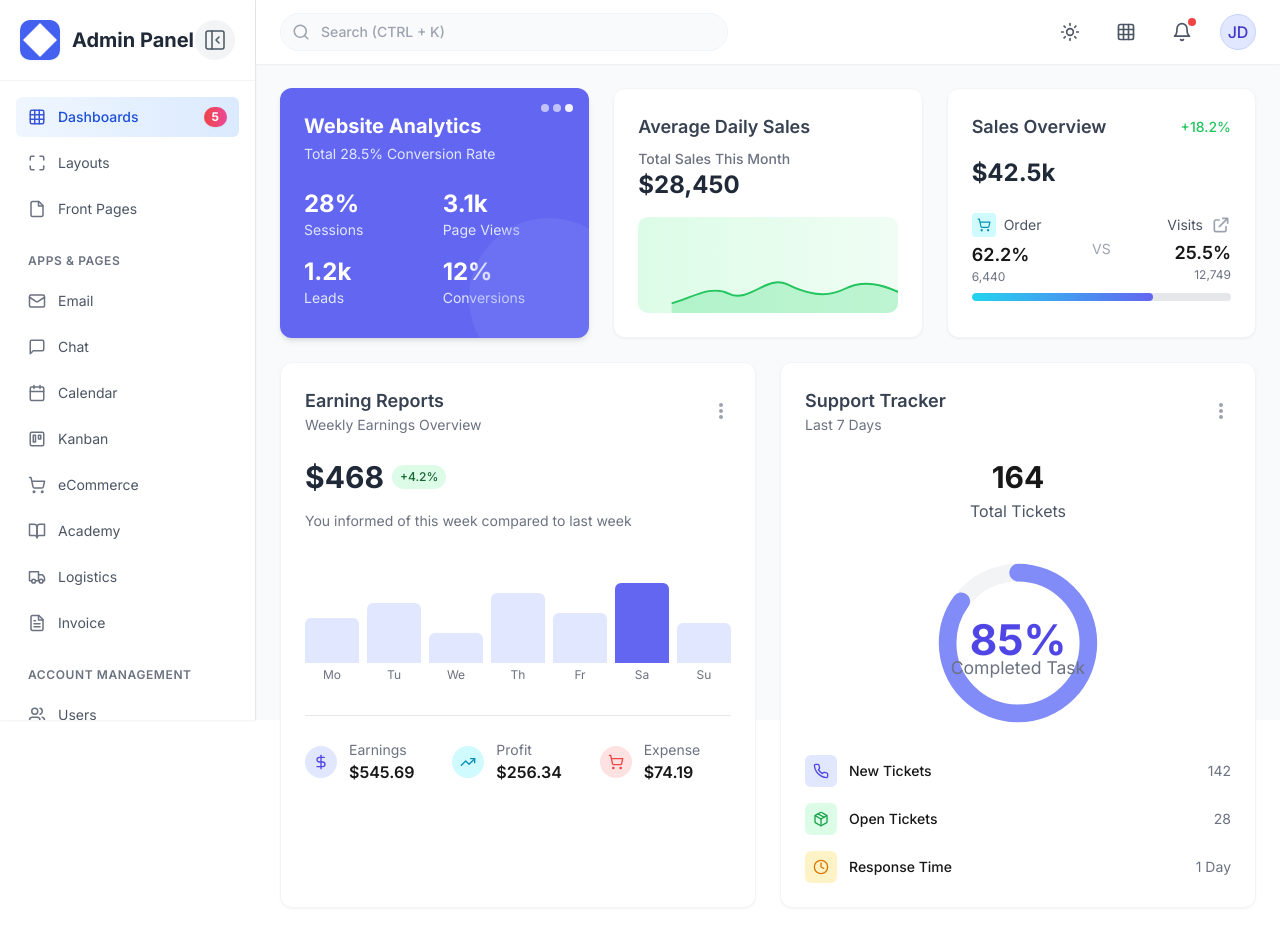
Repository: StoyanStoyanov1/DHS-Team
Page: /dashboard (app in dhs-admin-panel/)
These files come from the project's save history. The page is drawn as it stood at one moment and after the next save; the edit follows.
The browser window is 1280 px wide. The pictures show the whole page.
An inner scrolling area shows only its first screen. The project was rebuilt for these pictures with package versions that can differ from the ones it lists, and the page was loaded fresh each time. The framework's server and built-in components were replaced by stand-ins that run in the browser. Also part of the build but not shown: dhs-admin-panel/next.config.ts.

Above is the page before, as saved 2025-04-23 09:02:05.

After the next save:
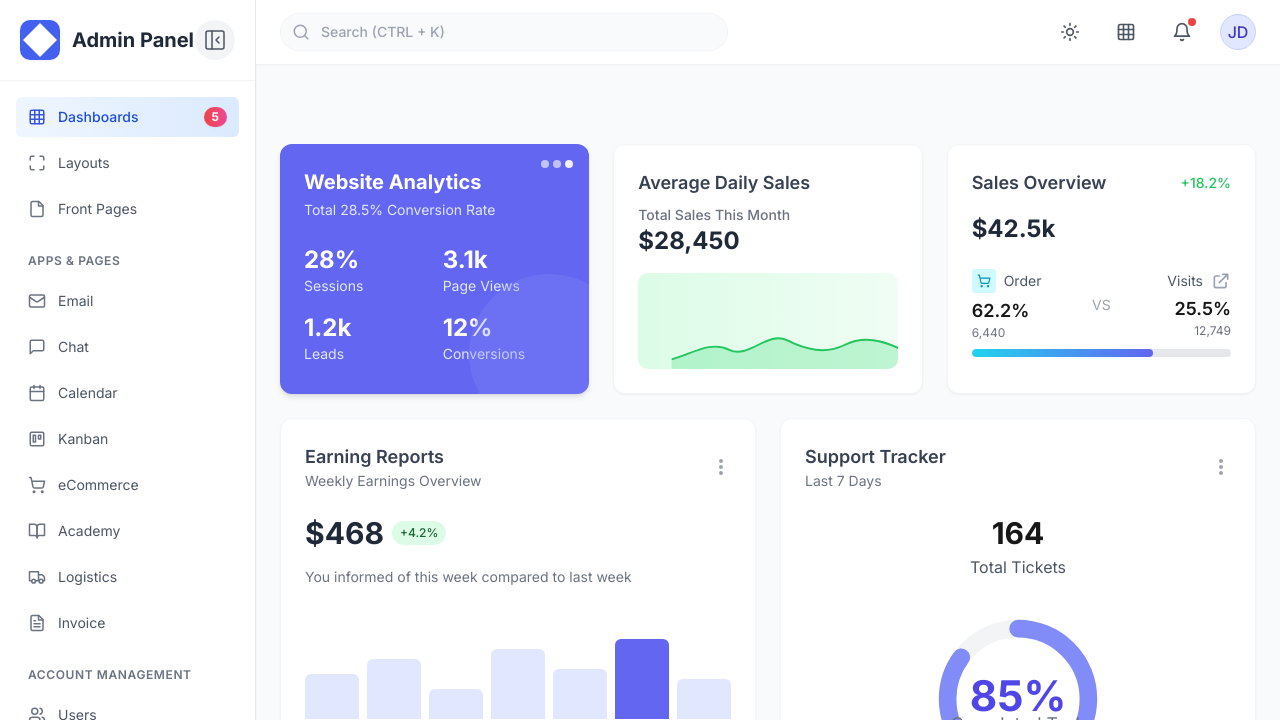
Saved 35 min 48 s later.
--- a/dhs-admin-panel/src/app/components/Layout.tsx
+++ b/dhs-admin-panel/src/app/components/Layout.tsx
@@ -29,10 +29,10 @@ const Layout: React.FC<DashboardLayoutProps> = ({ children }) => {
                 toggleCollapse={() => setIsSidebarCollapsed(!isSidebarCollapsed)}
             />
 
-            <div className="flex-1">
+            <div className="flex-1 flex flex-col overflow-hidden">
                 <Header />
 
-                <main className="p-6 mx-auto w-full">
+                <main className="flex-1 overflow-y-auto pt-20 px-6 pb-6">
                     <div className="max-w-7xl mx-auto w-full">
                         {children}
                     </div>
